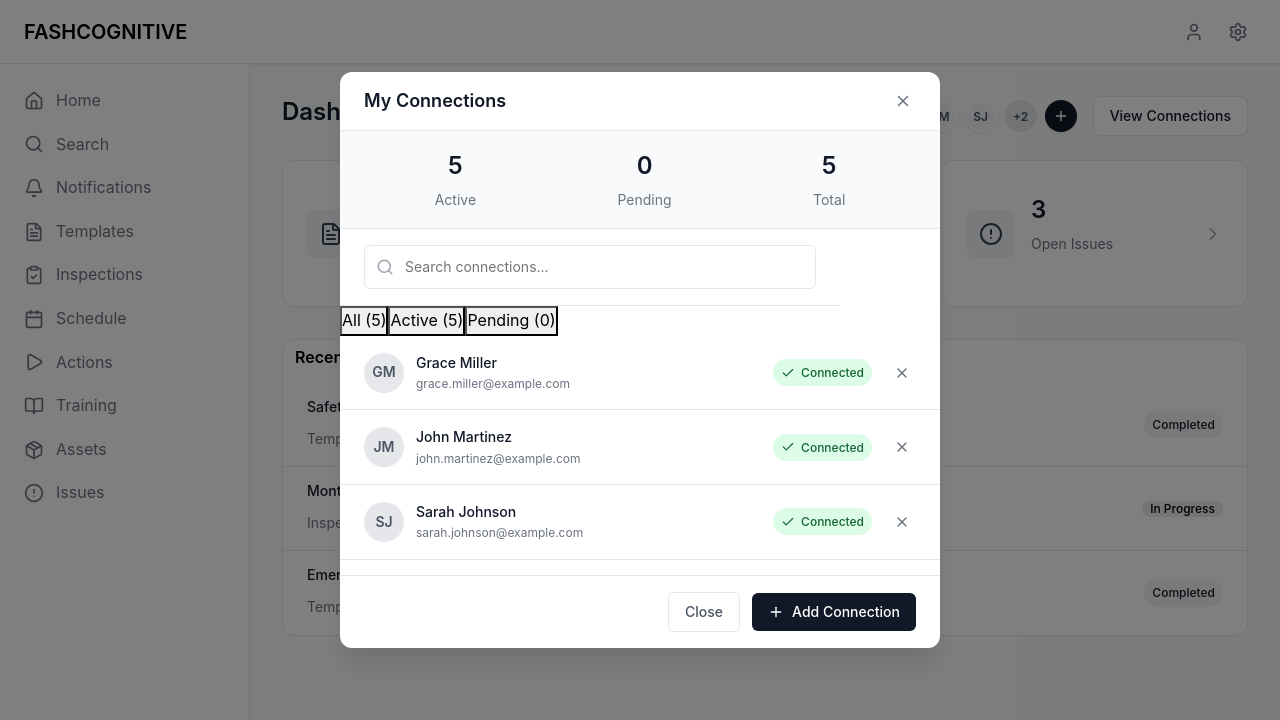
Repository: loganand612/fashcognitive-intern
Page: /dashboard (app in fash/), after clicking the first element matching `div.connection-more`
These files come from the project's save history. The page is drawn as it stood at one moment and after the next save; the edit follows.
The browser window is 1280 px wide. The pictures show the whole page.
The project was rebuilt for these pictures with package versions that can differ from the ones it lists, and the page was loaded fresh each time. Also part of the build but not shown: fash/src/pages/Login.css, fash/src/pages/Register.css, fash/src/pages/Template.css, fash/src/pages/Home.tsx, fash/src/pages/Login.tsx, fash/src/pages/Register.tsx, fash/src/pages/Home2.tsx, fash/src/components/AccessManager.tsx and 2 more. Imported but missing from the stored project, and not drawn on this page: fash/src/pages/assets/head1.mp4.

Above is the page before, as saved 2025-04-14 09:24:13.

After the next save:
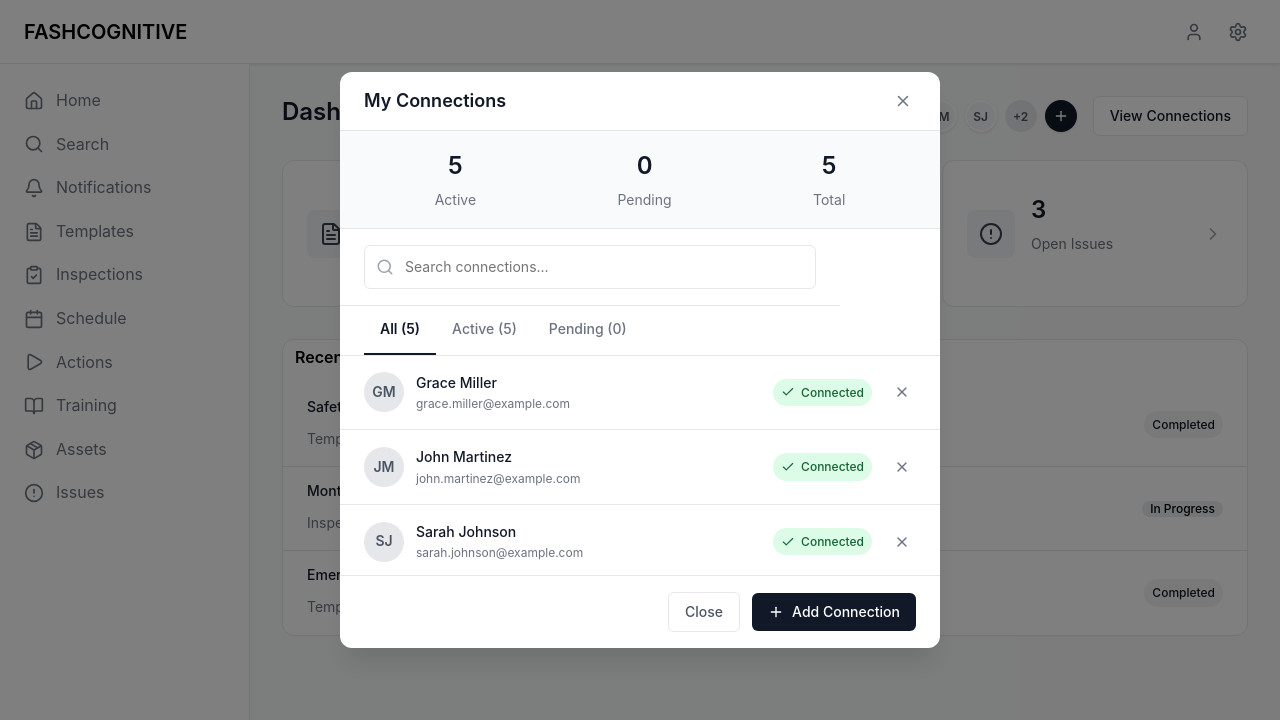
Saved 18 s later.
--- a/fash/src/components/ConnectionsPanel.css
+++ b/fash/src/components/ConnectionsPanel.css
@@ -385,6 +385,35 @@
   box-shadow: 0 0 0 2px rgba(99, 102, 241, 0.1);
 }
 
+.connection-tabs {
+  display: flex;
+  padding: 0 24px;
+  border-bottom: 1px solid #e5e7eb;
+  background-color: white;
+}
+
+.connection-tab {
+  padding: 12px 16px;
+  background: none;
+  border: none;
+  border-bottom: 2px solid transparent;
+  font-size: 14px;
+  font-weight: 500;
+  color: #6b7280;
+  cursor: pointer;
+  transition: all 0.2s;
+}
+
+.connection-tab:hover {
+  color: #111827;
+}
+
+.connection-tab.active {
+  color: #111827;
+  border-bottom-color: #111827;
+  font-weight: 600;
+}
+
 .connections-list {
   padding: 0;
   overflow-y: auto;
